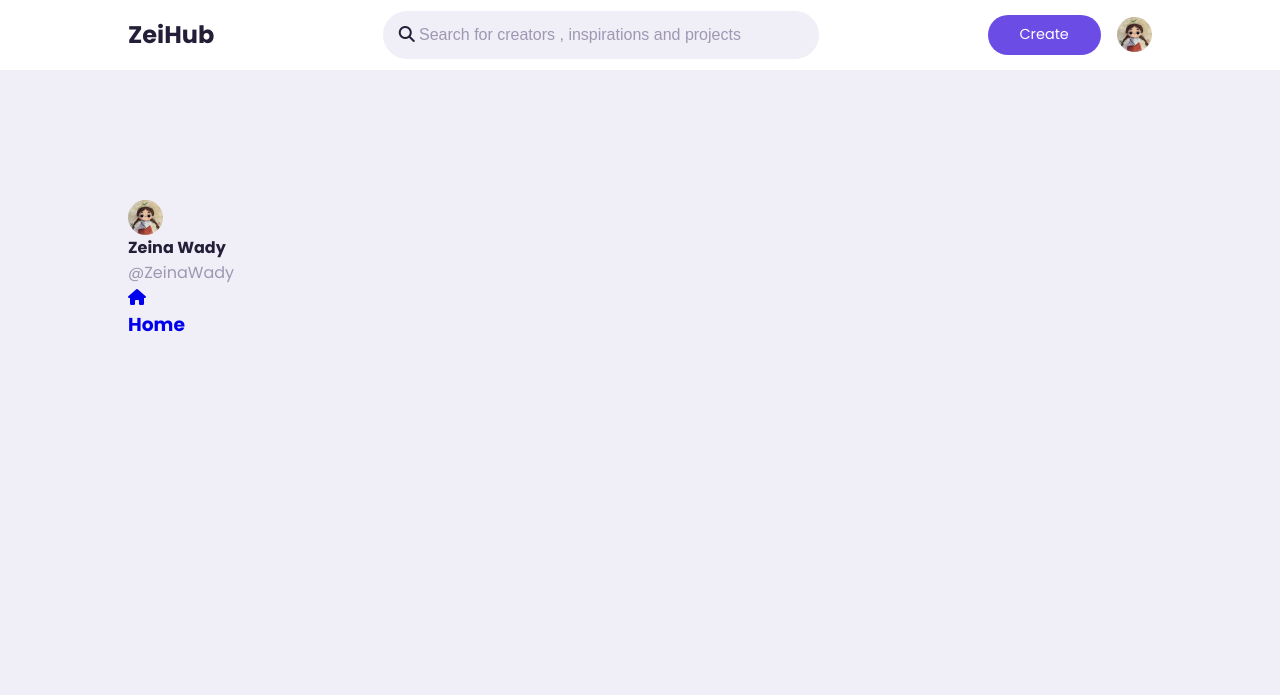
Repository: zeinawady/Social-Media-Template
Page: index.html
These files come from the project's save history. The page is drawn as it stood at one moment and after the next save; the edit follows.
The browser window is 1280 px wide. The pictures show the whole page.

Above is the page before, as saved 2025-02-15 01:56:31.

### index.html
<!DOCTYPE html>
<html lang="en">
  <head>
    <meta charset="UTF-8" />
    <meta name="viewport" content="width=device-width, initial-scale=1.0" />
    <title>ZeiHub</title>
    <link rel="stylesheet" href="css/style.css" />
    <link rel="stylesheet" href="css/all.min.css" />
    <link rel="preconnect" href="https://fonts.googleapis.com" />
    <link rel="preconnect" href="https://fonts.gstatic.com" crossorigin />
    <link
      href="https://fonts.googleapis.com/css2?family=Poppins:ital,wght@0,100;0,200;0,300;0,400;0,500;0,600;0,700;0,800;0,900;1,100;1,200;1,300;1,400;1,500;1,600;1,700;1,800;1,900&family=Roboto:ital,wght@0,100..900;1,100..900&display=swap"
      rel="stylesheet"
    />
  </head>
  <body>
    <!-- start nav -->
    <nav>
      <div class="container">
        <h2 class="log">ZeiHub</h2>
        <div class="search-bar">
          <i class="fa-solid fa-magnifying-glass"></i>
          <input
            type="search"
            placeholder="Search for creators , inspirations and projects "
          />
        </div>
        <div class="create">
          <label class="btn nav-btn" for="#create">Create</label>
          <div class="profile-picture">
            <img src="images/girl.jpg" alt="" />
          </div>
        </div>
      </div>
    </nav>
    <!-- end nav -->

    <!-- start main -->
    <main>
      <div class="container">
        <!-- the sections of the main container -->

        <!-- start left -->
        <div class="left">
          <a class="profile">
            <div class="profile-picture">
              <img src="images/girl.jpg" alt="" />
            </div>
            <div class="handle">
              <h4>Zeina Wady</h4>
              <p class="gray-text">@ZeinaWady</p>
            </div>
          </a>
          <aside>
            <a href="#" class="menu-items">
              <span><i class="fa-solid fa-house"></i> <h3>Home</h3></span>



            </a>
          </aside>
        </div>
        <!-- end left -->
        <div class="mid"></div>
        <div class="right"></div>
      </div>
    </main>
    <!-- end main -->
  </body>
</html>

### css/style.css
:root{

    --color-white: hsl(252, 30%, 100%);
    --color-light:hsl(252,30%,95%);
    --color-gray:hsl(252, 15%, 65%);
    --color-primary:hsl(252, 75%, 60%);
    --color-secondary:hsl(252, 100%, 90%);
    --color-success: hsl(120, 95%, 65%);
    --color-danger: hsl(0, 95%, 65%);
    --color-dark: hsl(252, 30%, 17%);
    --color-black:hsl(252, 30%, 10%);
    --transition-speed:0.2s;

    /* --border-radius:2rem;
    --card-border-radius:1rem;
     */
}
*{
    margin: 0;
    padding: 0;
    box-sizing: border-box;
    text-decoration: none;
    list-style: none;
    border: none;
}
body{
    font-family: "Poppins", serif;
    color: var(--color-dark);
    background-color: var(--color-light);
    overflow-x: hidden;
}
/* global */
.container{
    width: 80%;
    margin: 0 auto;
}
.profile-picture{
    width: 2.2rem;
    height: 2.2rem;
    border-radius: 50%;
}
.profile-picture img{
border-radius: 50%;
width: 2.2rem;
height: 2.2rem;
}
.btn{
    /* display: inline-block; */
    padding: 0.6rem 2rem;
    font-weight: 400;
    cursor: pointer;
    border-radius: 200px;
    color: white;
    transition: all var(--transition-speed) ease-in-out;
    font-size: 0.9rem;
}
.btn:hover{
   opacity: 0.8;
}
.gray-text{
    color: var(--color-gray);
}


/* navbar */
nav{
    width: 100%;
    background-color: var(--color-white);
    padding: 0.7rem 0;
    position: fixed;
    top: 0;
    z-index: 100;
}
.nav-btn{
    background-color: var(--color-primary);

}
nav .container{
    display: flex;
    justify-content: space-between;
    align-items: center;

}
nav .search-bar{
background-color: var(--color-light);
padding: 0.7rem 1rem;
border-radius: 2rem;
outline: none;


}
nav .search-bar input{
   background: none;
   outline: none;
   width: 30vw;
   font-size: 1rem;
}
nav .search-bar input::placeholder{
    color: var(--color-gray);
}

.create{
    display: flex;
    align-items: center;
    gap: 1rem;
}


main .container{
    margin-top: 200px;
}

Loaded but not shown: css/all.min.css (library)

After the next save:
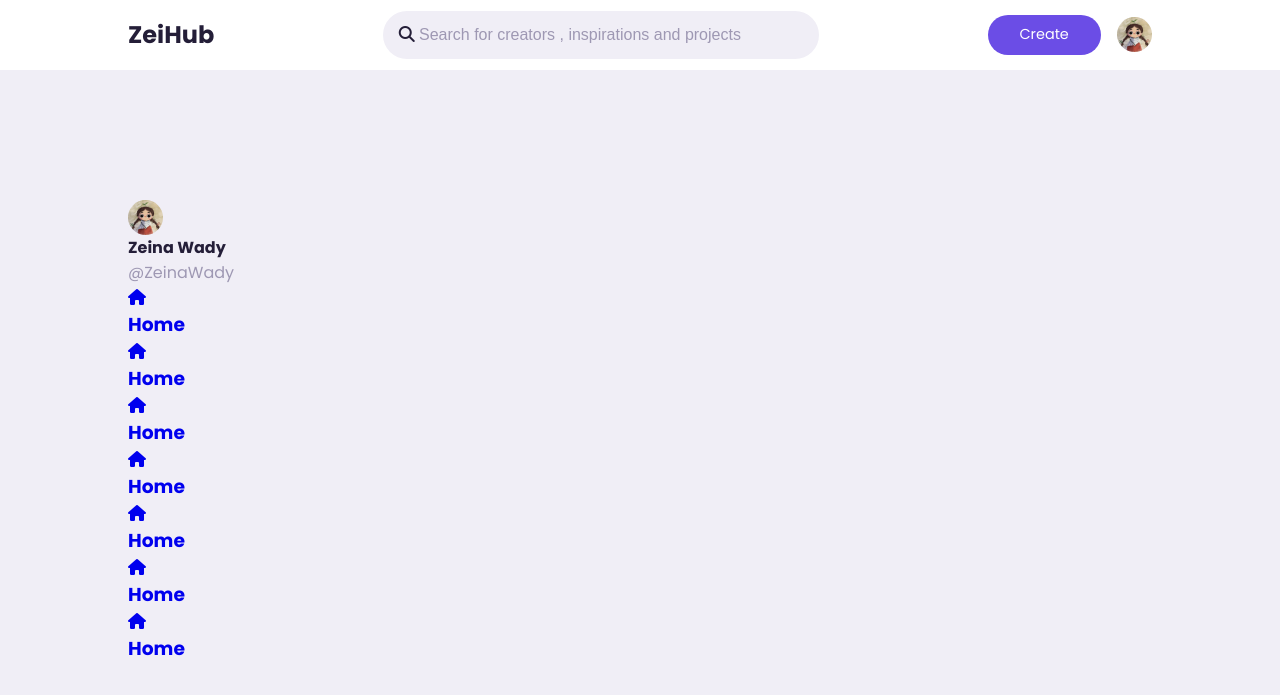
Saved 14 s later.
--- a/index.html
+++ b/index.html
@@ -54,6 +54,12 @@
           <aside>
             <a href="#" class="menu-items">
               <span><i class="fa-solid fa-house"></i> <h3>Home</h3></span>
+              <span><i class="fa-solid fa-house"></i> <h3>Home</h3></span>
+              <span><i class="fa-solid fa-house"></i> <h3>Home</h3></span>
+              <span><i class="fa-solid fa-house"></i> <h3>Home</h3></span>
+              <span><i class="fa-solid fa-house"></i> <h3>Home</h3></span>
+              <span><i class="fa-solid fa-house"></i> <h3>Home</h3></span>
+              <span><i class="fa-solid fa-house"></i> <h3>Home</h3></span>
 
 
 
